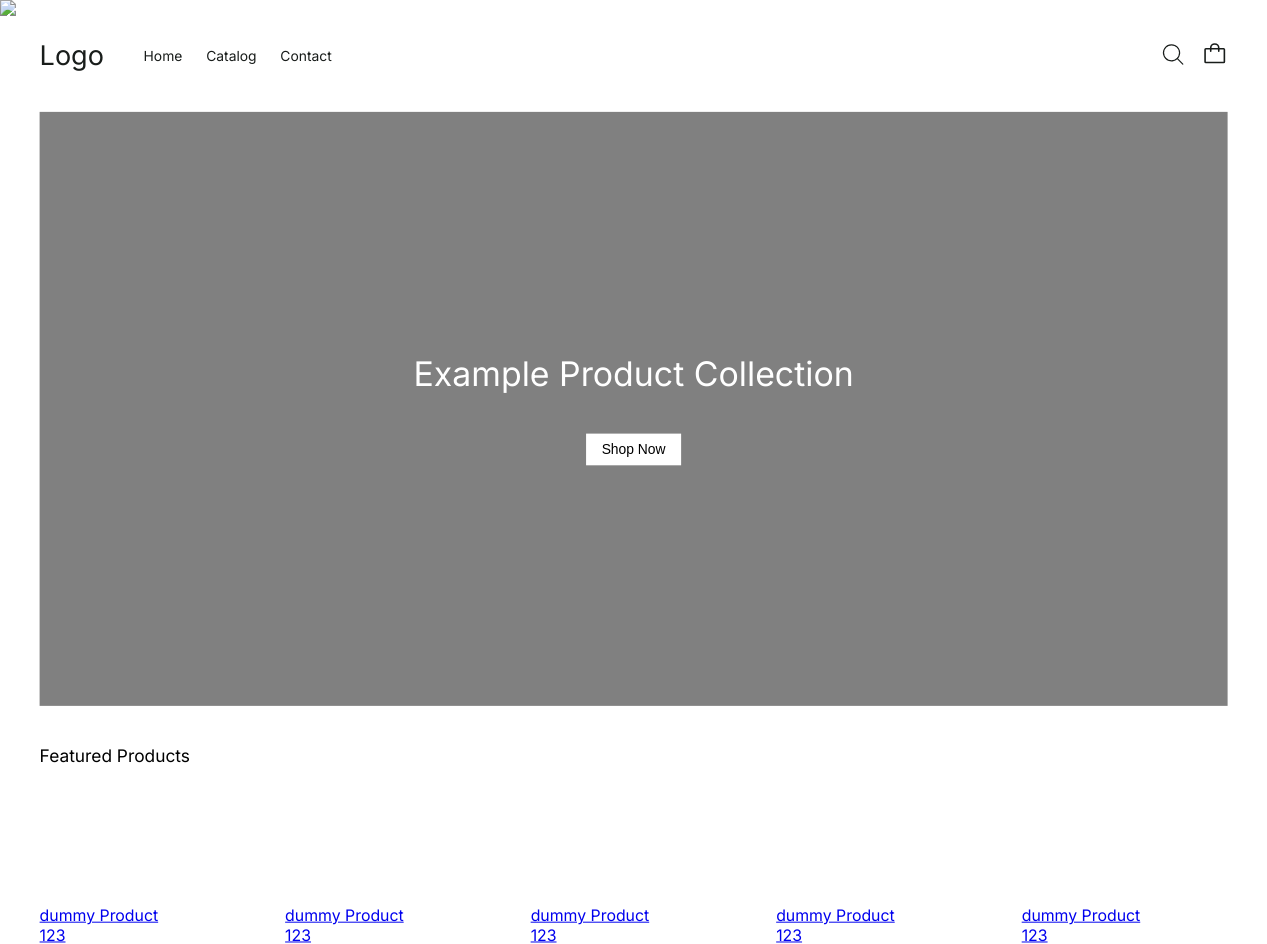
Repository: David-Waite/ecommercefrontendTemplate
Page: /
The author's editor kept a copy of each file at every save. The page is drawn from the files as they stood at one save, then again after the next save.
The browser window is 1280 px wide. The pictures show the whole page, at 99% of full size.
The project was rebuilt for these pictures with package versions that can differ from the ones it lists, and the page was loaded fresh each time. The framework's server and built-in components were replaced by stand-ins that run in the browser. Also part of the build but not shown: next.config.js.

Above is the page before, as saved 2023-08-24 19:48:56.

After the next save:
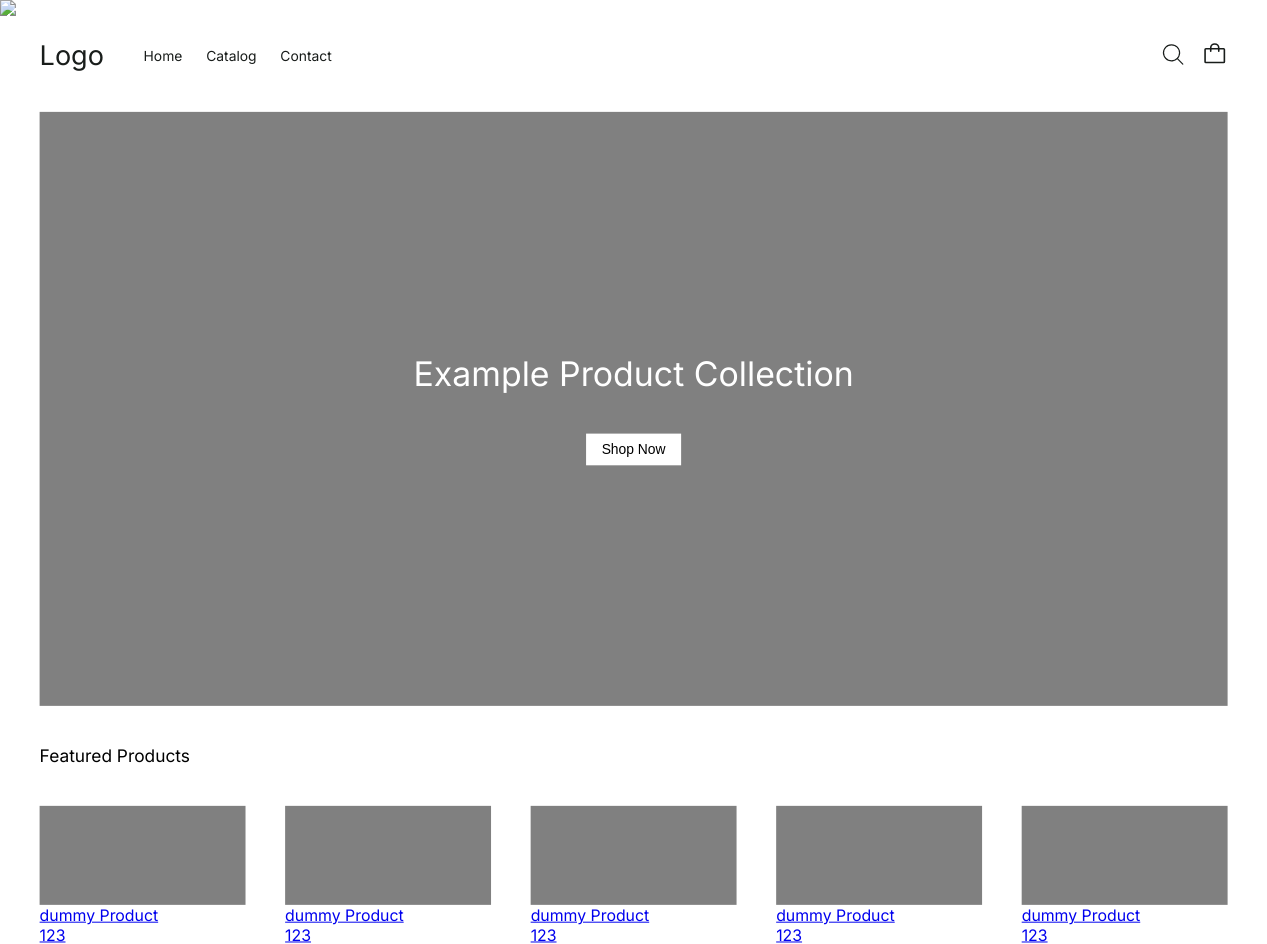
Saved 6 s later.
--- a/app/Components/UI/ProductCard/ProductCard.module.css
+++ b/app/Components/UI/ProductCard/ProductCard.module.css
@@ -1,3 +1,4 @@
 .imageContainer {
   height: 100px;
+  background-color: grey;
 }
